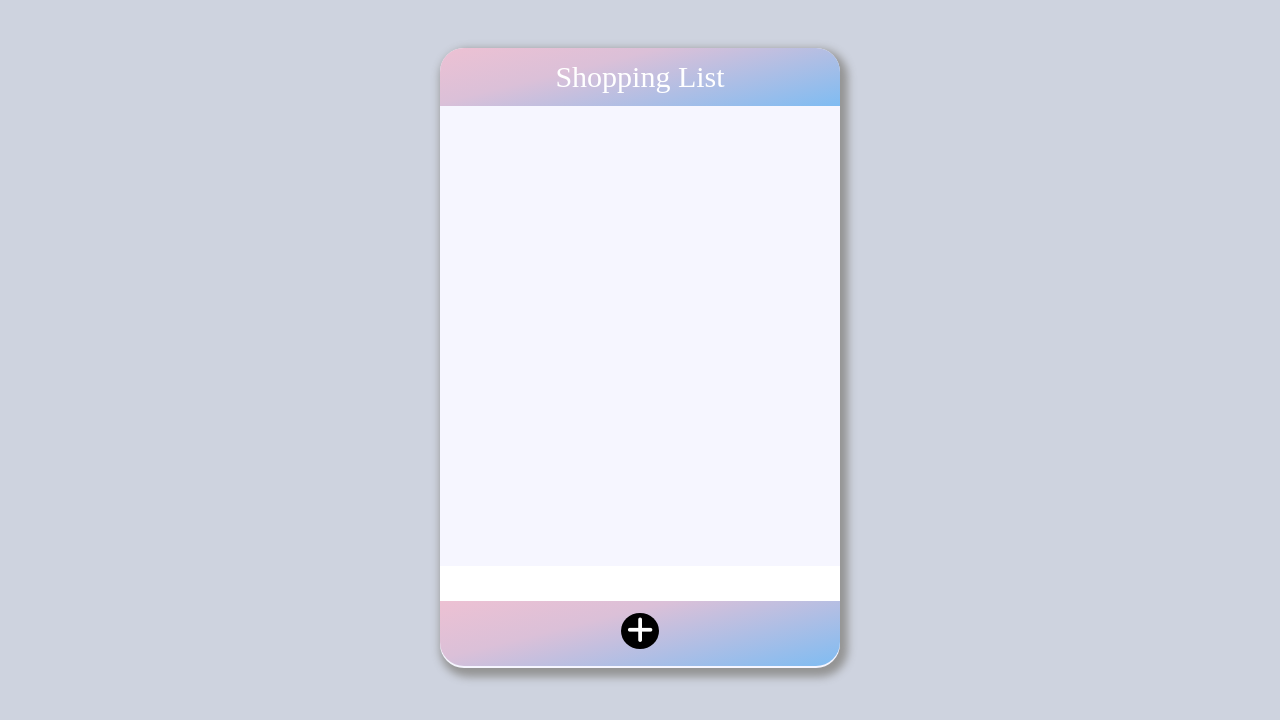
Repository: keehoonjung/Shopping-list
Page: index.html
An editor plug-in stored every save of this project. The page is shown before and after the next save, followed by the edit.
The browser window is 1280 px wide. The pictures show the whole page.
Some web libraries are served in a nearby version.

Above is the page before, as saved 2021-08-09 14:38:06.

After the next save:
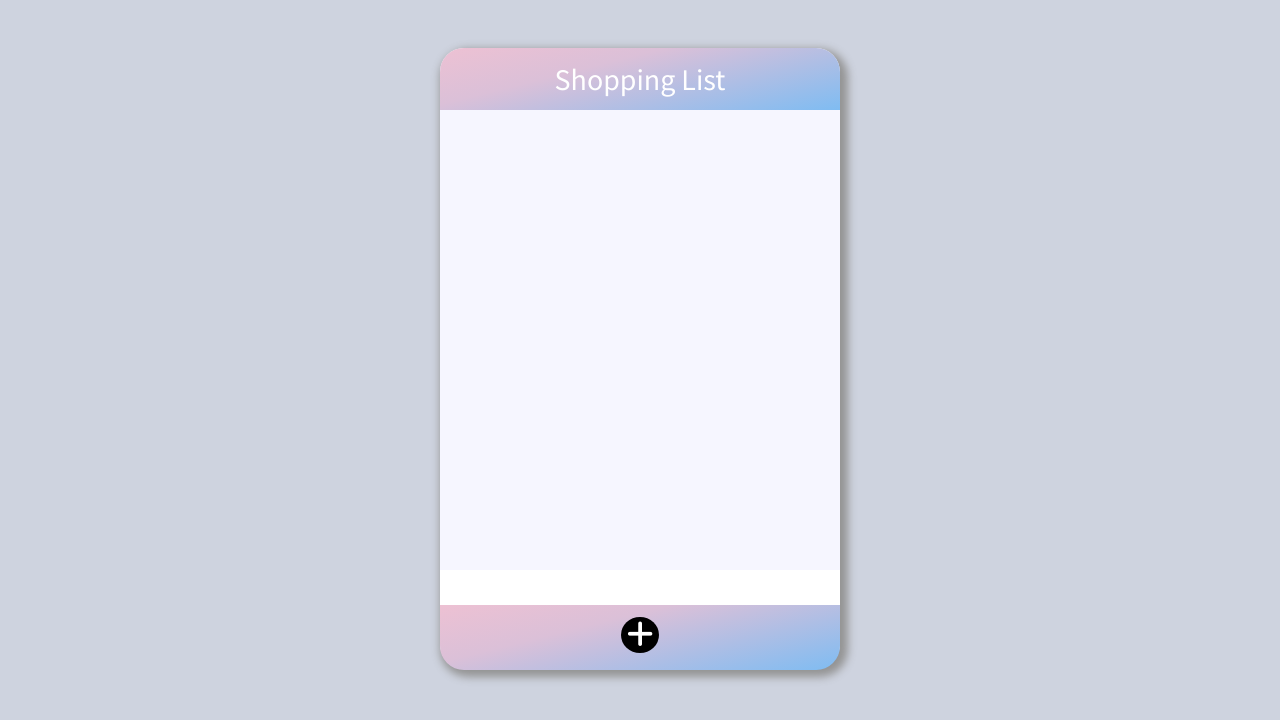
Saved 16 s later.
--- a/style.css
+++ b/style.css
@@ -5,6 +5,7 @@
 body {
   background-color: #ced3df;
   text-align: center;
+  font-family: "Source Sans Pro", sans-serif;
 }
 
 li {
